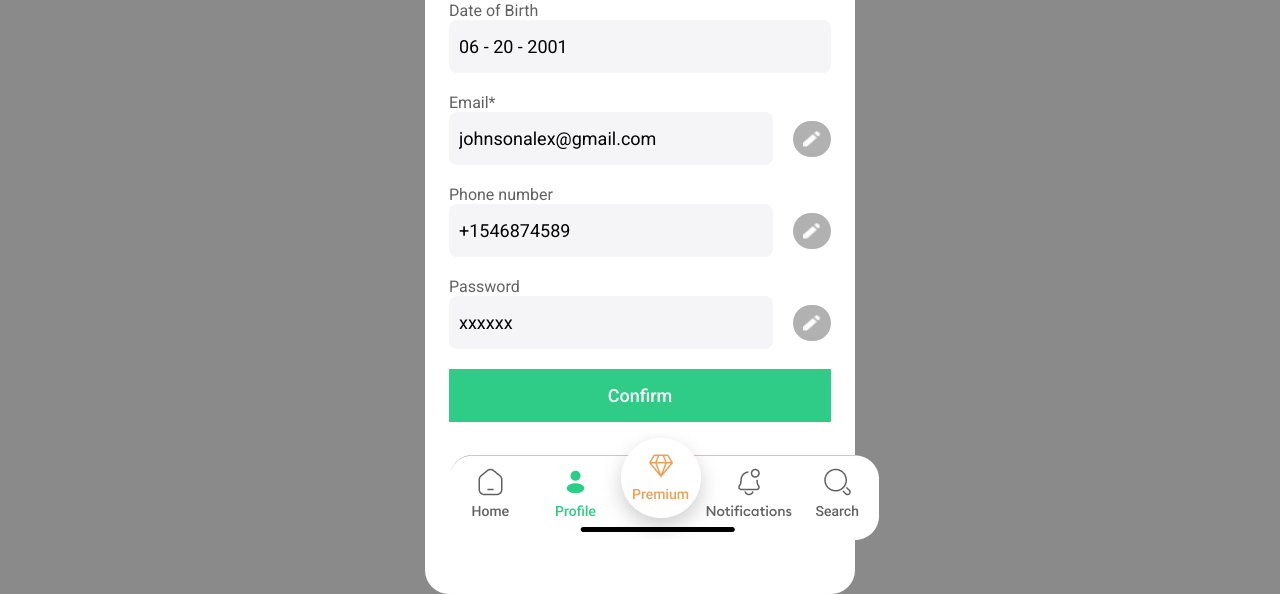
Repository: AytacSafarova/Task-figma-ui
Page: index.html
These files come from the project's save history. The page is drawn as it stood at one moment and after the next save; the edit follows.
The browser window is 1280 px wide. The pictures show the part of the page from y = 300 to 894 px (the page is 894 px tall).

Above is the page before, as saved 2023-02-25 19:37:27.

After the next save:
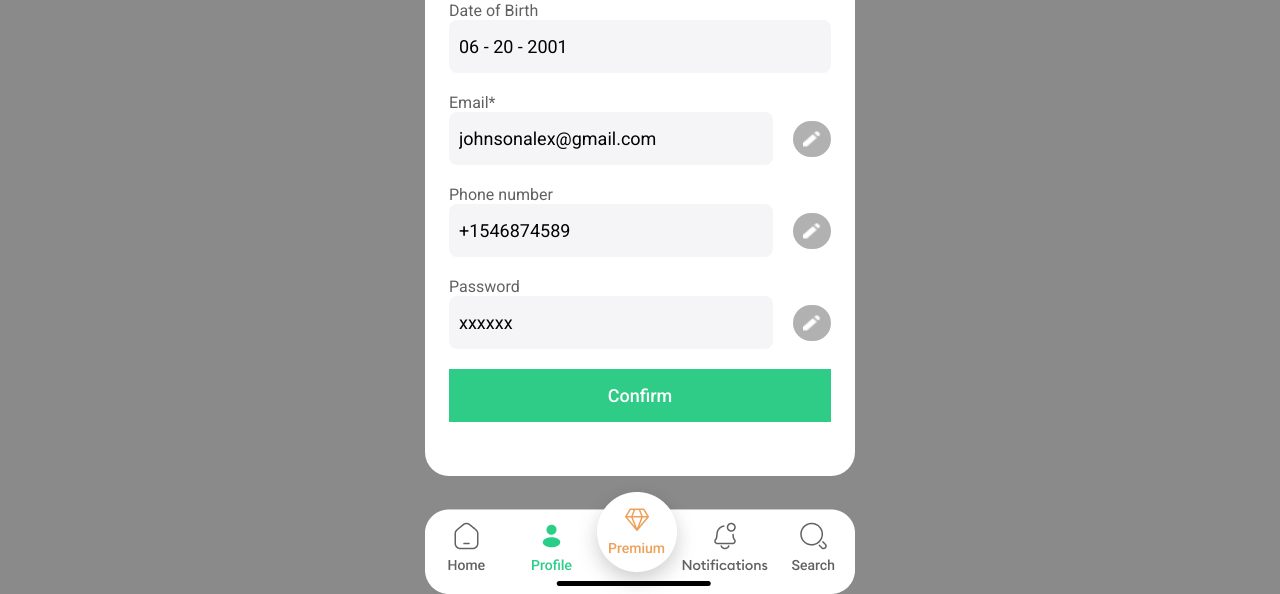
Saved 5 s later.
--- a/index.html
+++ b/index.html
@@ -84,6 +84,7 @@
     <button type="submit">Confirm</button>
 
           </form>
+        </main>
           <footer>
             <img src="./images/Frame 631814.png" alt="">
              </footer>
